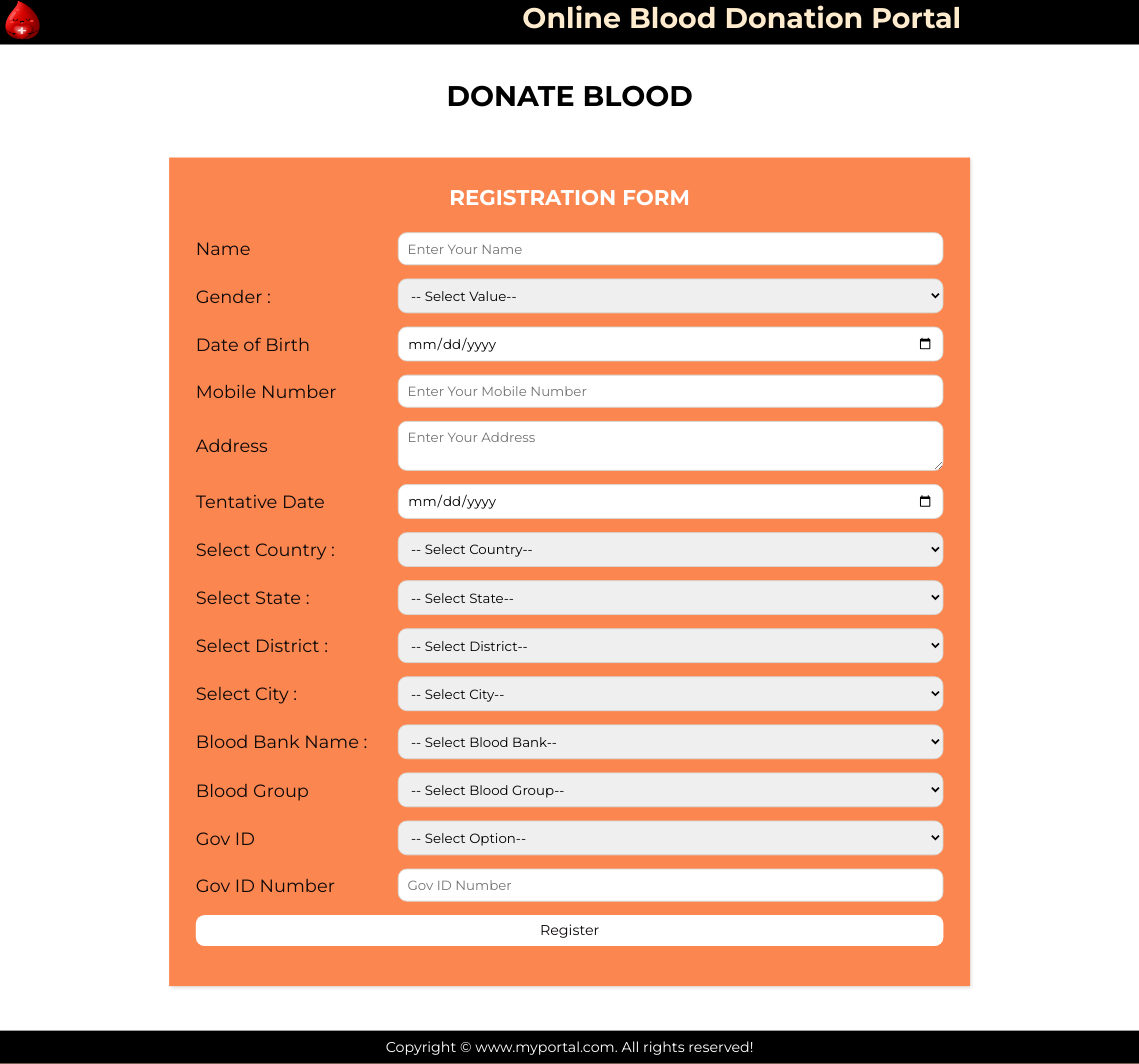
Repository: aditaya-burnwal/blood_donation_portal
Page: Donate Blood/donateblood.html
The author's editor kept a copy of each file at every save. The page is drawn from the files as they stood at one save, then again after the next save.
The browser window is 1280 px wide. The pictures show the whole page, at 89% of full size.

Above is the page before, as saved 2021-05-16 13:56:19.

After the next save:
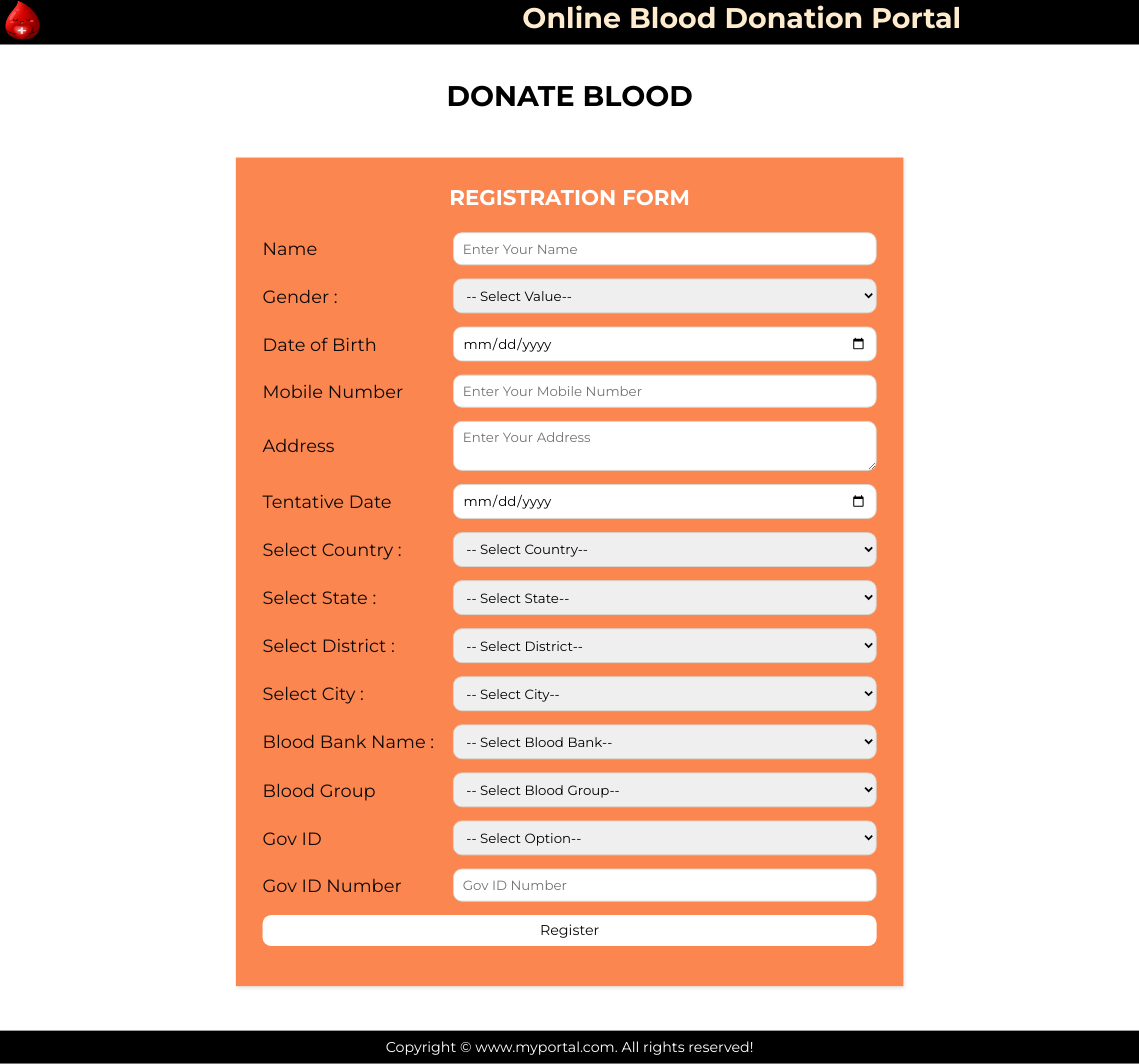
Saved 10 s later.
--- a/Donate Blood/donateblood.css
+++ b/Donate Blood/donateblood.css
@@ -41,7 +41,7 @@ html{
 }
 
 .wrapper{
-  max-width: 900px;
+  max-width: 750px;
   width: 100%;
   background: rgb(252, 134, 80);
   margin: 50px auto;
